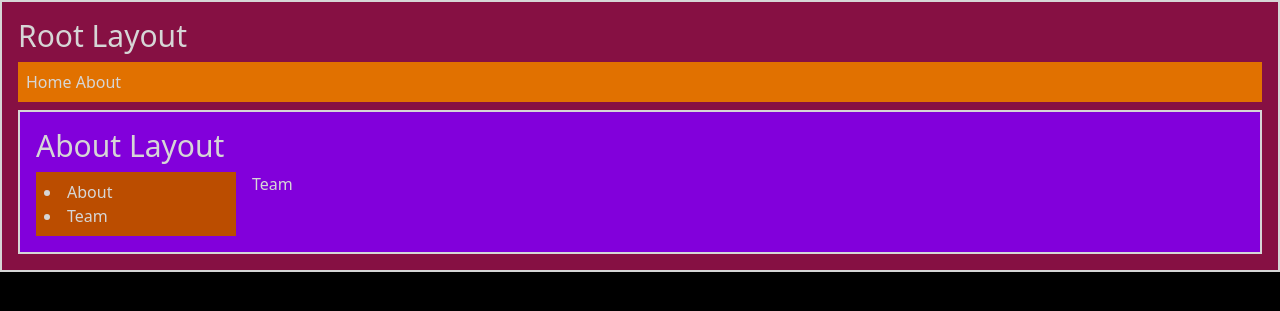
Repository: eyassud/notenow
Page: /about/team
The author's editor kept a copy of each file at every save. The page is drawn from the files as they stood at one save, then again after the next save.
The browser window is 1280 px wide. The pictures show the whole page.
The project was rebuilt for these pictures with package versions that can differ from the ones it lists, and the page was loaded fresh each time. The framework's server and built-in components were replaced by stand-ins that run in the browser. Also part of the build but not shown: svelte.config.js, vite.config.ts.

Above is the page before, as saved 2025-12-11 16:26:13.

### src/routes/+layout.svelte
<script lang="ts">
	import './layout.css';
	import favicon from '$lib/assets/favicon.svg';

	let { children } = $props();
</script>

<svelte:head>
	<link rel="icon" href={favicon} />
</svelte:head>

<div class="border-2 bg-pink-900 p-4">
	<h1 class="text-3xl">Root Layout</h1>
	<nav class="my-2 bg-amber-600 p-2">
		<ul class="flex gap-2">
			<li>
				<a href="/">Home</a>
				<a href="/about">About</a>
			</li>
		</ul>
	</nav>
	{@render children()}
</div>

### src/routes/about/+layout.svelte
<script lang="ts">
	import type { LayoutProps } from './$types';

	let { data, children }: LayoutProps = $props();
</script>

<div class="border-2 bg-purple-700 p-4">
	<h1 class="mb-2 text-3xl">About Layout</h1>
	<div class="flex gap-4">
		<div class="w-[200px] bg-amber-700">
			<nav class="p-2">
				<li><a href="/about">About</a></li>
				<li>
					<a href="/about/team">Team</a>
				</li>
			</nav>
		</div>
		<div class="flex-1">{@render children()}</div>
	</div>
</div>

### src/routes/about/team/+page.svelte
<script lang="ts">
	import type { PageProps } from './$types';

	let { data }: PageProps = $props();
</script>

<h1>Team</h1>

### src/routes/layout.css
@import 'tailwindcss';
@plugin '@tailwindcss/forms';
@plugin '@tailwindcss/typography';
@plugin 'daisyui';

@plugin 'daisyui' {
	themes:
		light --preferswhite,
		black --default;
}

Loaded but not shown: src/app.html (common file)

After the next save:
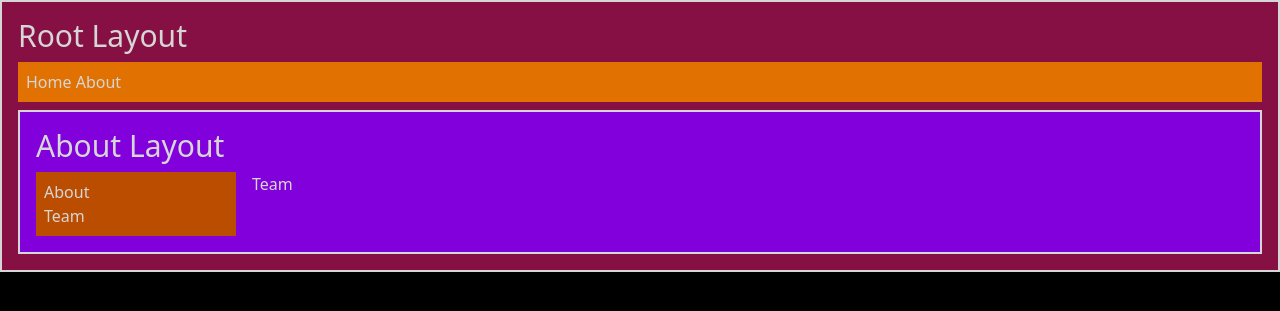
Saved 50 s later.
--- a/src/routes/about/+layout.svelte
+++ b/src/routes/about/+layout.svelte
@@ -9,10 +9,12 @@
 	<div class="flex gap-4">
 		<div class="w-[200px] bg-amber-700">
 			<nav class="p-2">
-				<li><a href="/about">About</a></li>
-				<li>
-					<a href="/about/team">Team</a>
-				</li>
+				<ul class="list-none">
+					<li><a href="/about">About</a></li>
+					<li>
+						<a href="/about/team">Team</a>
+					</li>
+				</ul>
 			</nav>
 		</div>
 		<div class="flex-1">{@render children()}</div>
